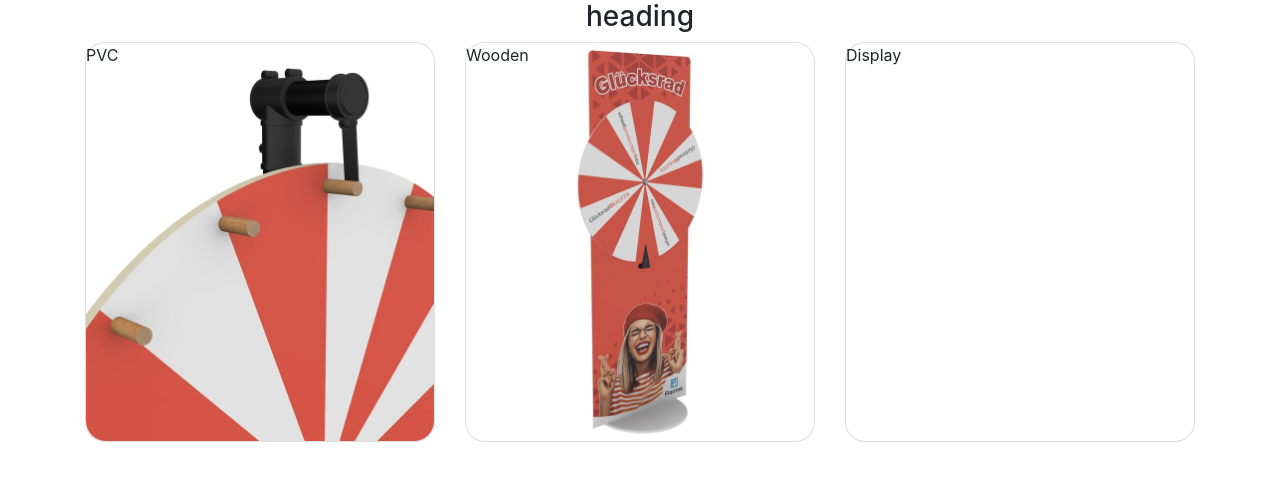
Repository: Awaisp-irfan/fahad-project
Page: index.html
An editor plug-in stored every save of this project. The page is shown before and after the next save, followed by the edit.
The browser window is 1280 px wide. The pictures show the whole page.

Above is the page before, as saved 2022-06-30 07:03:32.

After the next save:
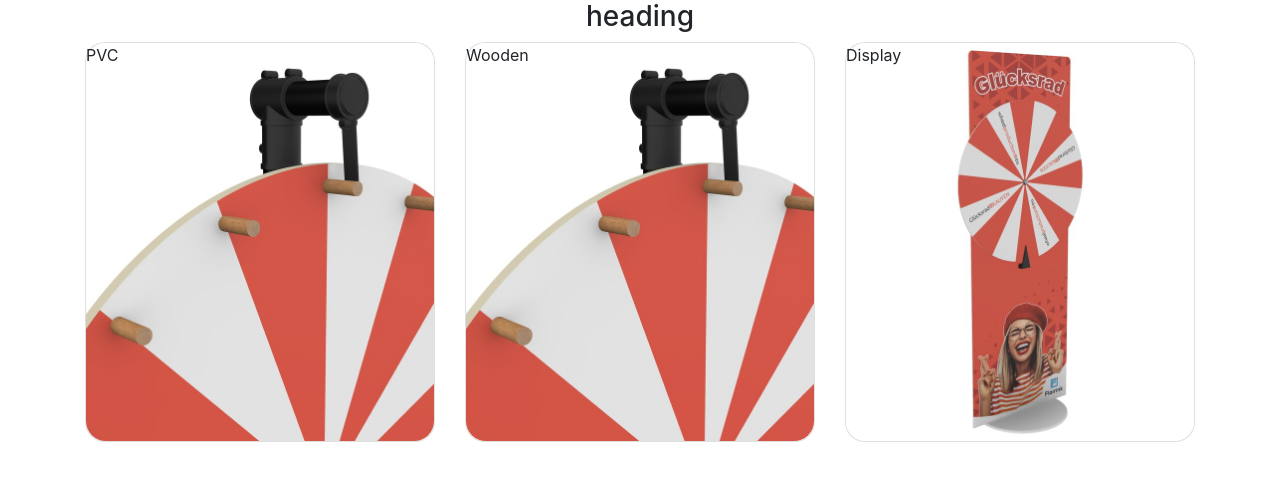
Saved 8 s later.
--- a/style.css
+++ b/style.css
@@ -21,7 +21,7 @@
     border-radius: 20px;
 }
 
-.wooden{
+.display{
     background-image: url(./assests/display.jpg);
     background-size: cover;
     background-position: center;
